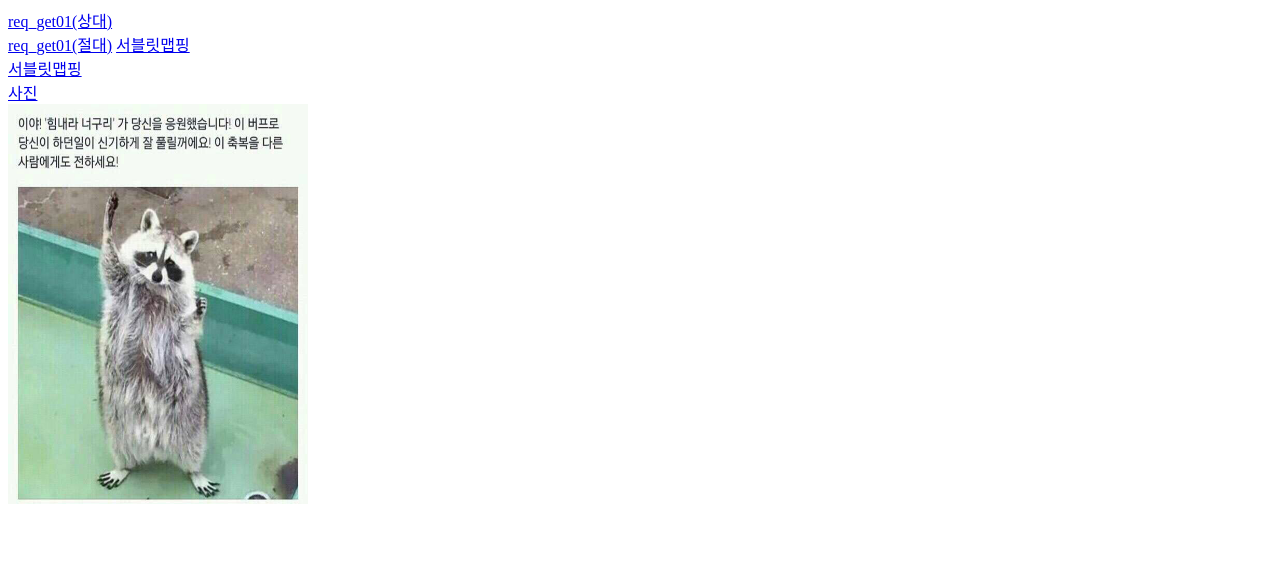
Repository: sun2898/JSP
Page: http://localhost/JSPBasic/path/test/path_quiz.jsp
These files come from the project's save history. The page is drawn as it stood at one moment and after the next save; the edit follows.
The browser window is 1280 px wide. The pictures show the whole page.
The page is served by Tomcat 9. Other server files are loaded and not shown.

Above is the page before, as saved 2023-06-02 08:28:17.

### JSPBasic/src/main/webapp/path/test/path_quiz.jsp
<%@ page language="java" contentType="text/html; charset=UTF-8"
    pageEncoding="UTF-8"%>
<!DOCTYPE html>
<html>
<head>
<meta charset="UTF-8">
<title>Insert title here</title>
</head>
<body>
	<!-- a태그를 사용해서 req_get01페이지로 상대경로 -->
	<a href="../../request/req_get01.jsp">req_get01(상대)</a>
	<br/>

	<!-- a태그를 사용해서 req_get01페이지로 절대경로(맵핑 경로를 확인) -->
	<a href="/JSPBasic/request/req_get01.jsp">req_get01(절대)</a>

	<!-- a태그를 사용해서 DemoServlet으로 상대경로 -->
	<a href="../../banana">서블릿맵핑</a><br/>
	<!-- a태그를 사용해서 DemoServlet으로 절대경로 -->
	<a href="/JSPBasic/banana">서블릿맵핑</a><br/>
	<!-- jsptag폴더 밑에 있는 이미지를 띄운다. (img태그로) -->
	<a href="../../jsptag/364.jpg">사진</a><br/>
	<img src="../../jsptag/364.jpg" width="300" height="400">

</body>
</html>

After the next save:
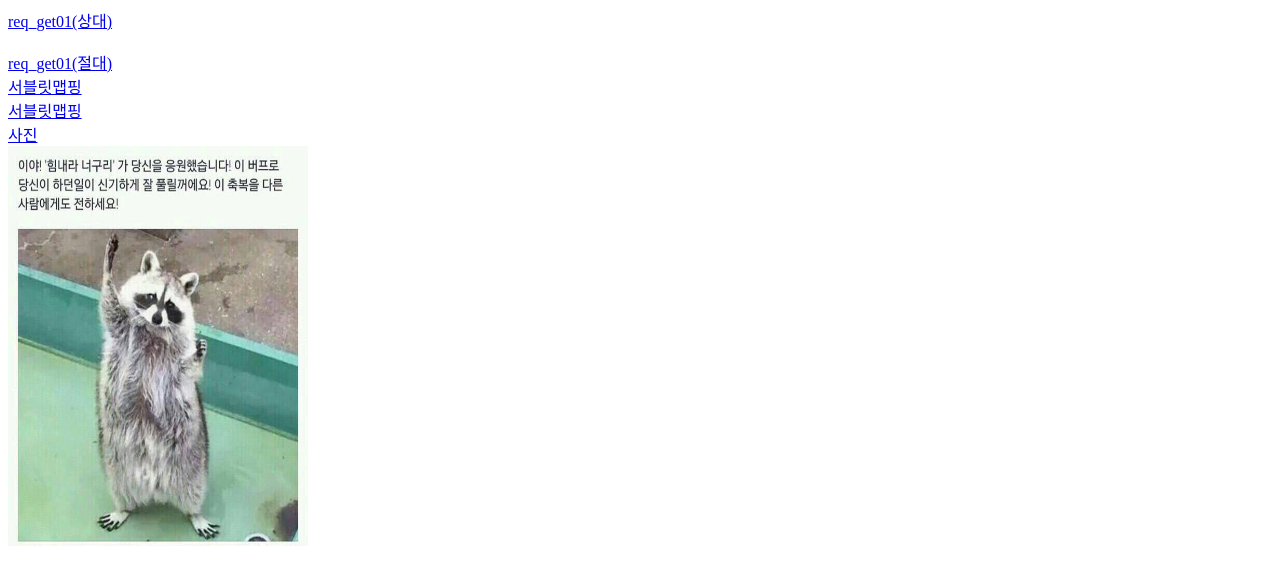
Saved 29 s later.
--- a/JSPBasic/src/main/webapp/path/test/path_quiz.jsp
+++ b/JSPBasic/src/main/webapp/path/test/path_quiz.jsp
@@ -8,11 +8,11 @@
 </head>
 <body>
 	<!-- a태그를 사용해서 req_get01페이지로 상대경로 -->
-	<a href="../../request/req_get01.jsp">req_get01(상대)</a>
+	<a href="../../request/req_get01.jsp">req_get01(상대)</a><br/>
 	<br/>
 
 	<!-- a태그를 사용해서 req_get01페이지로 절대경로(맵핑 경로를 확인) -->
-	<a href="/JSPBasic/request/req_get01.jsp">req_get01(절대)</a>
+	<a href="/JSPBasic/request/req_get01.jsp">req_get01(절대)</a><br/>
 
 	<!-- a태그를 사용해서 DemoServlet으로 상대경로 -->
 	<a href="../../banana">서블릿맵핑</a><br/>
